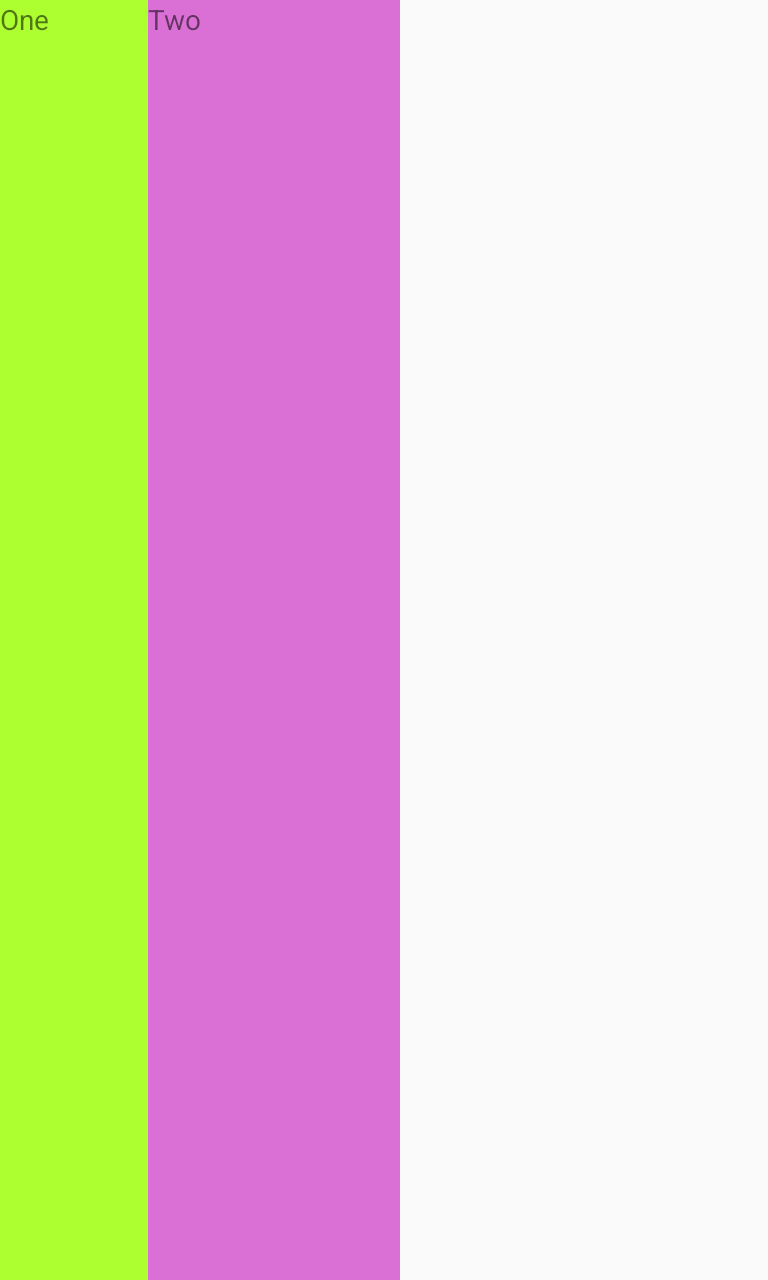
Repository: bingb89/Garbage
Layout: xml/hello/res/layout/activity_main.xml
An editor plug-in stored every save of this project. The layout is shown before and after the next save, followed by the edit.
It is drawn on a 768 x 1280 px phone screen (xhdpi) without system bars, with theme AppTheme; the app's code is not run.

Above is the layout before, as saved 2015-12-24 08:04:30.

After the next save:
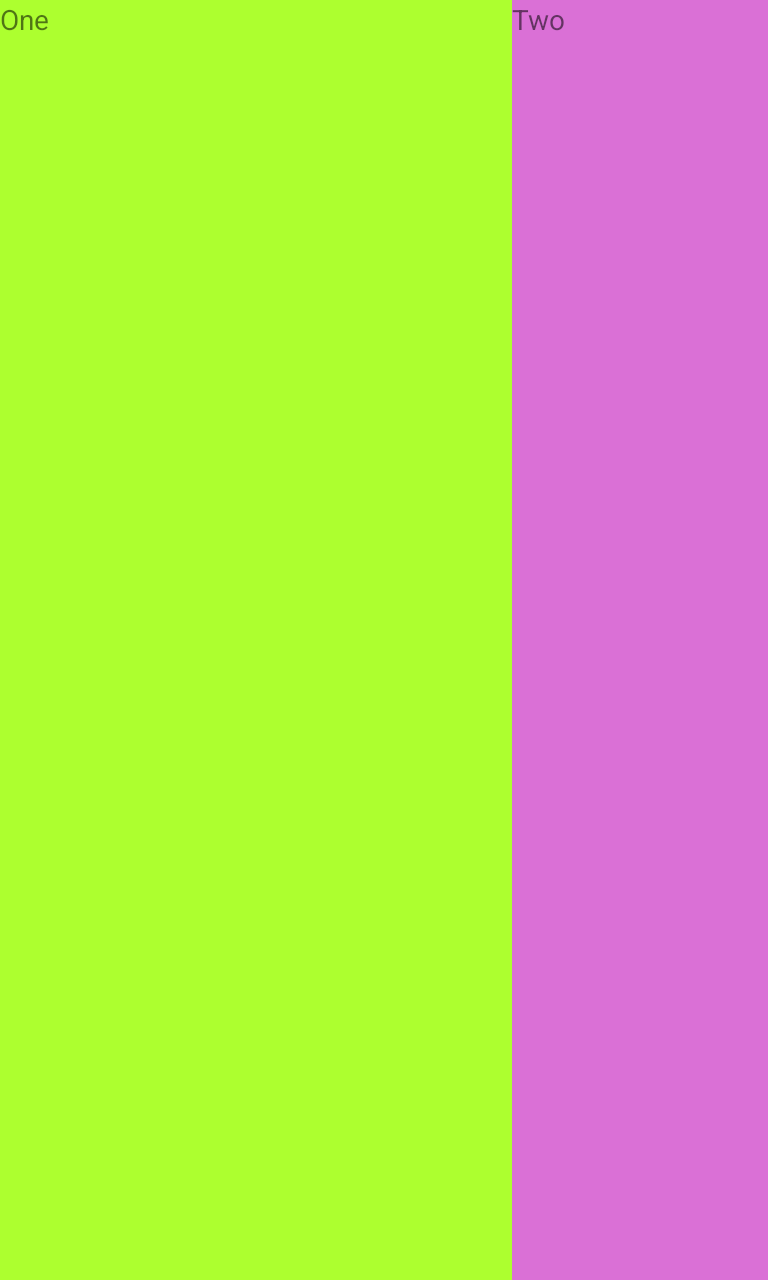
Saved 28 s later.
--- a/xml/hello/res/layout/activity_main.xml
+++ b/xml/hello/res/layout/activity_main.xml
@@ -7,21 +7,21 @@
     android:orientation="horizontal" >
 
     <TextView
-        android:layout_width="wrap_content"
+        android:layout_width="fill_parent"
         android:layout_height="fill_parent"
         android:layout_weight="1"
         android:background="#ADFF2F"
         android:text="@string/one" />
 
     <TextView
-        android:layout_width="wrap_content"
+        android:layout_width="fill_parent"
         android:layout_height="fill_parent"
         android:layout_weight="2"
         android:background="#DA70D6"
         android:text="@string/two" />
 
     <TextView
-        android:layout_width="wrap_content"
+        android:layout_width="fill_parent"
         android:layout_hegiht="fill_parent"
         android:layout_weight="3"
         android:background="#FF0000"
